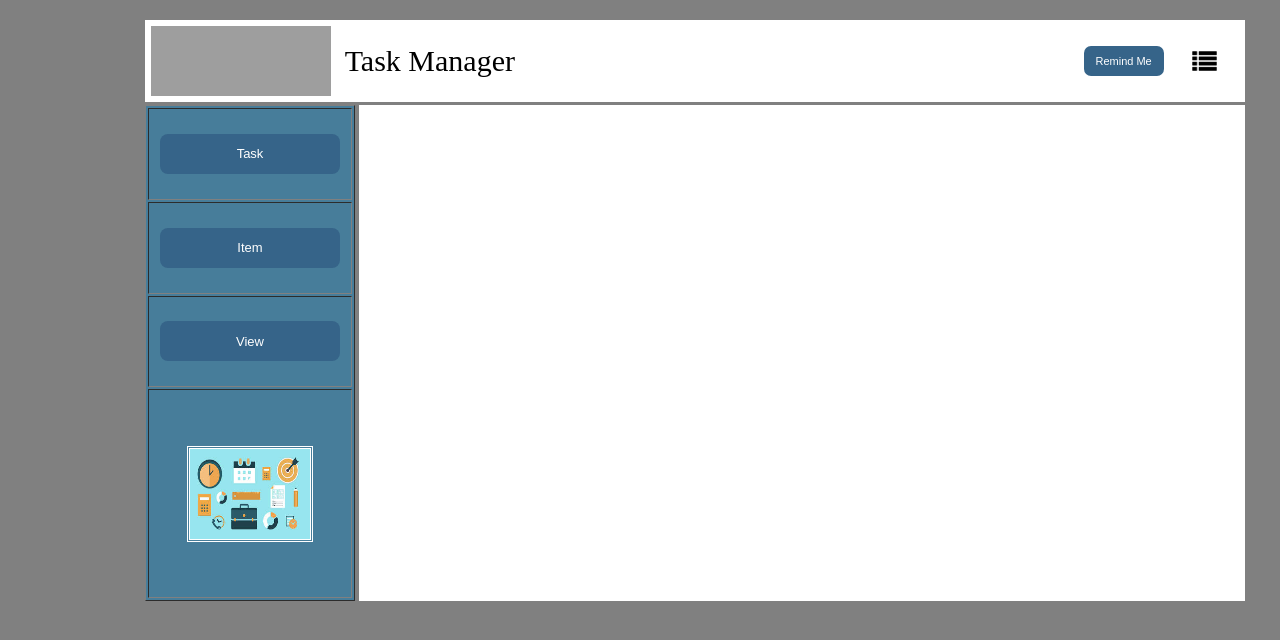
Repository: SnehaSalvi/TaskManagerProject
Page: http://localhost/TaskManagerChecklist/Home.jsp
The author's editor kept a copy of each file at every save. The page is drawn from the files as they stood at one save, then again after the next save.
The browser window is 1280 px wide. The pictures show the whole page.
Pictures or frames that could not be fetched are drawn as grey boxes. The page is served by Tomcat 9. Other server files are loaded and not shown.

Above is the page before, as saved 2016-10-13 11:32:08.

### TaskManagerChecklist/WebContent/Home.jsp
<%@ page language="java" contentType="text/html; charset=ISO-8859-1" pageEncoding="ISO-8859-1"%>
<!DOCTYPE html PUBLIC "-//W3C//DTD HTML 4.01 Transitional//EN" "http://www.w3.org/TR/html4/loose.dtd">
<html>
<head>
<meta http-equiv="Content-Type" content="text/html; charset=ISO-8859-1">
<title>Insert title here</title>
<link href="home.css" type="text/css" rel="stylesheet"/>
</head>
<body>
<form>
	<table id="table1">
		<tr>
			<td id="td1">
				<img id="banner" src="images/banner.jpg"/>
			</td>
			<td id="td_blank">
			</td>
			<td id="td2">
				Task Manager
			</td>
			<td id="td3" align="center">
				<input type="button" name="remind" id="button1" value="Remind Me"/>
			</td>
			<td id="td4" align="center">
				<img id="list" src="images/list.png"/>
			</td>
		</tr>
	</table>
	<table></table>
	<table>
		<tr>
			<td>
				<table id="table2" border="1">
					<tr>
						<td id="#td5" align="center">
							<input type="button" name="task" id="button2" value="Task"/>
						</td>
					</tr>
					<tr>
						<td align="center">
							<input type="button" name="item" id="button2" value="Item"/>
						</td>
					</tr>
					<tr>
						<td align="center">
							<input type="button" name="view" id="button2" value="View"/>
						</td>
					</tr>
					<tr>
						<td rowspan="7" align="center">
							<img id="img1" src="images/menu.jpg"/>
						</td>
					</tr>
				</table>
			</td>
			<td>
				<table id="table3">
					<tr>
						<td id="#td6">
						</td>
					</tr>
				</table>
			</td>
		</tr>
	</table>
</form>
<!--<form action="Hello">
Name:<input type="text" name="user"/>
<input type="submit" value="go"/>
</form>-->
</body>
</html>

### TaskManagerChecklist/WebContent/home.css
body
{
	background-position: center;
	background-color:gray;
	margin-left: 140px;
	margin-top: 20px;
	margin-right: 120px;
	margin-bottom: 20px;
	background-repeat: no-repeat;
}
#table1
{
	margin-left:5px;
	background-color:white;
	background-position: center;
	height: 76px;
	width:1100px;

}
#table2
{
	margin-left:2px;
	background-color:#477d9a;
	background-position: center;
	height: 496px;
	width:210px;


}
#table3
{
	background-color:white;
	background-position: center;
	height: 496px;
	width:886px;

}
#table4
{

	background-position: center;
	height: 497px;
	width:1100px;
}
#table5
{
	width:200px;
}
img
{
	border-style:double;
	border-color: white;
}
tr
{

}
#div1
{
	width: 600px;
	height: 400px;
}
#td1
{
	width:185px;
	height:75px;
	background-color:
}
#td2
{
	width:735px;
	height:75px;
	font-family: serif;
	font-size: 30px;
	font-style: inherit;

}
#td3
{
	width:80px;
	height:75px;
}
#td4
{
	width:30x;
	height:75px;
}
#td_blank
{
	width:100x;
	height:75px;
}

#td6
{
	width:1050x;
	height:495px;


}
#banner
{

	width: 180px;
	height: 70px;
}
#list
{

	width: 25px;
	height: 20px;
}
#img1
{

	width: 120px;
	height: 90px;
}
#button1
{
    height: 30px;
    width: 80px;
    border-radius: 7px;
    border: 1px solid #000;
    font-family: sans-serif;
    background-color:#366489;
    color:white;
    font-size: 11px;
    border: 0;
}
#button2
{
    height: 40px;
    width: 180px;
    border-radius: 8px;
    border: 1px solid #000;
    font-family:sans-serif;
    font-size: 13px;
   background-color:#366489;
   color:white;
    border: 0;
}
#div3
{
	width: 510px;
	height: 350px;
}

After the next save:
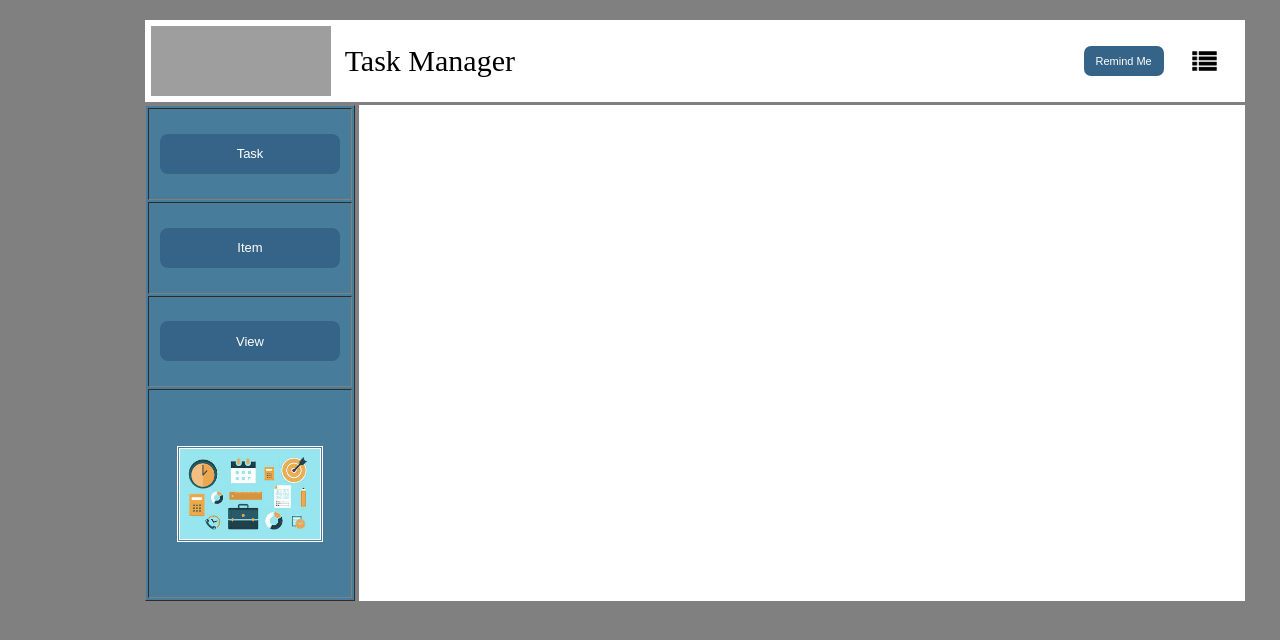
Saved 11 s later.
--- a/TaskManagerChecklist/WebContent/home.css
+++ b/TaskManagerChecklist/WebContent/home.css
@@ -113,7 +113,7 @@ tr
 #img1
 {
 
-	width: 120px;
+	width: 140px;
 	height: 90px;
 }
 #button1
